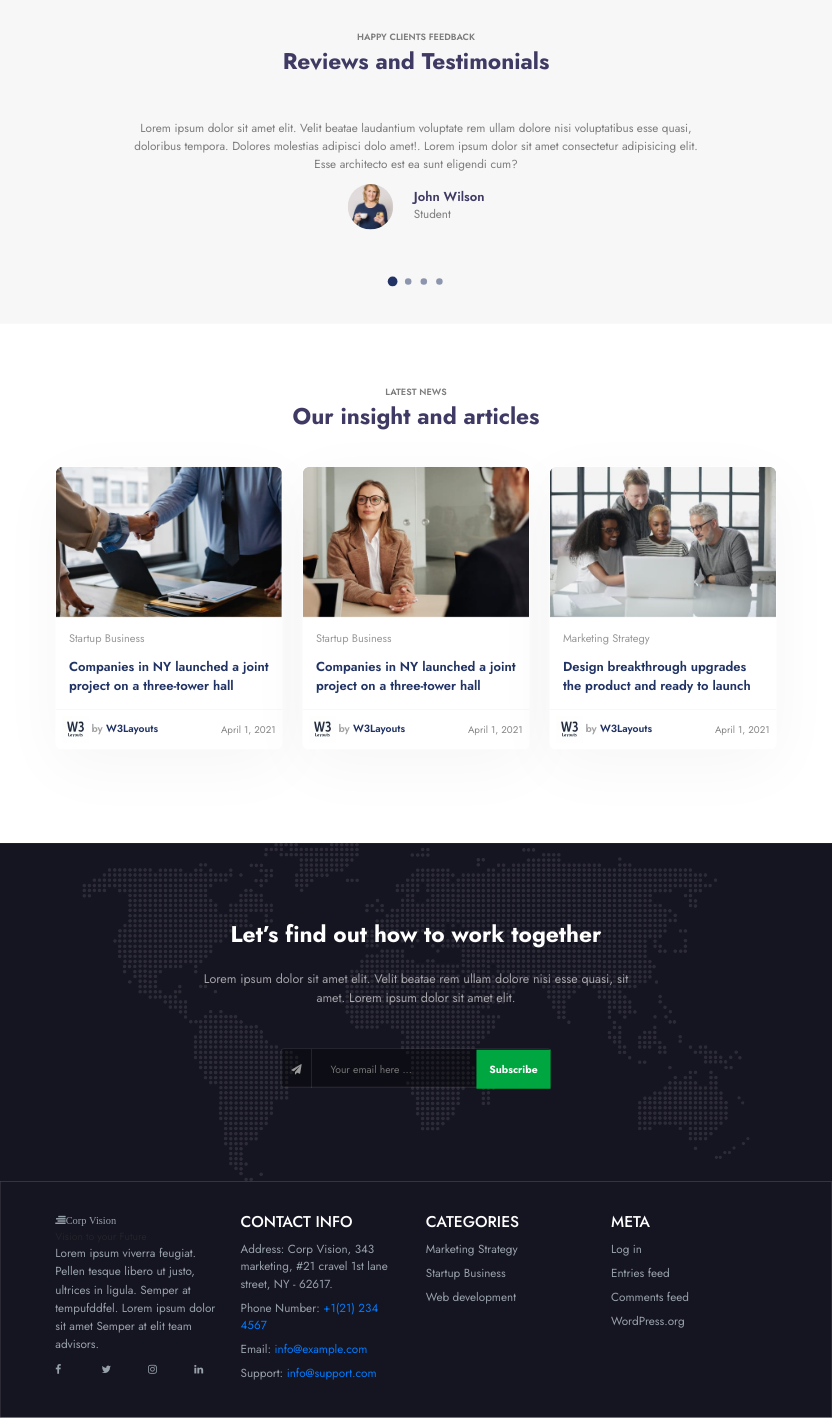
Repository: khaipnp/corpvision
Page: index.html
The author's editor kept a copy of each file at every save. The page is drawn from the files as they stood at one save, then again after the next save.
The browser window is 1280 px wide. The pictures show the whole page, at 65% of full size.

Above is the page before, as saved 2021-07-04 13:08:14.

### index.html
<!DOCTYPE html>
<html lang="en">
  <head>
    <meta charset="UTF-8" />
    <meta http-equiv="X-UA-Compatible" content="IE=edge" />
    <meta name="viewport" content="width=device-width, initial-scale=1.0" />
    <title>Corpvision</title>
    <meta name="description" content="Corpvision Website" />
    <!-- FONT-GOOGLE -->
    <link rel="preconnect" href="https://fonts.gstatic.com" />
    <link
      href="https://fonts.googleapis.com/css2?family=Jost:ital,wght@0,100;0,200;0,300;0,400;0,500;0,600;0,700;0,800;0,900;1,400&display=swap"
      rel="stylesheet"
    />
    <!-- FONT-AWSOME -->
    <link
      rel="stylesheet"
      href="https://cdnjs.cloudflare.com/ajax/libs/font-awesome/5.15.3/css/all.min.css"
      integrity="sha512-iBBXm8fW90+nuLcSKlbmrPcLa0OT92xO1BIsZ+ywDWZCvqsWgccV3gFoRBv0z+8dLJgyAHIhR35VZc2oM/gI1w=="
      crossorigin="anonymous"
      referrerpolicy="no-referrer"
    />
    <link rel="stylesheet" href="./css/font-awesome.min.css" />
    <!-- OWL CAROUSEL -->
    <link
      rel="stylesheet"
      href="https://cdnjs.cloudflare.com/ajax/libs/OwlCarousel2/2.3.4/assets/owl.carousel.min.css"
      integrity="sha512-tS3S5qG0BlhnQROyJXvNjeEM4UpMXHrQfTGmbQ1gKmelCxlSEBUaxhRBj/EFTzpbP4RVSrpEikbmdJobCvhE3g=="
      crossorigin="anonymous"
      referrerpolicy="no-referrer"
    />
    <link
      rel="stylesheet"
      href="https://cdnjs.cloudflare.com/ajax/libs/OwlCarousel2/2.3.4/assets/owl.theme.default.css"
      integrity="sha512-OTcub78R3msOCtY3Tc6FzeDJ8N9qvQn1Ph49ou13xgA9VsH9+LRxoFU6EqLhW4+PKRfU+/HReXmSZXHEkpYoOA=="
      crossorigin="anonymous"
      referrerpolicy="no-referrer"
    />
    <!-- BOOTSTRAP -->
    <link
      rel="stylesheet"
      href="https://cdn.jsdelivr.net/npm/bootstrap@4.6.0/dist/css/bootstrap.min.css"
      integrity="sha384-B0vP5xmATw1+K9KRQjQERJvTumQW0nPEzvF6L/Z6nronJ3oUOFUFpCjEUQouq2+l"
      crossorigin="anonymous"
    />
    <!-- MAIN CSS -->
    <link rel="stylesheet" href="./css/main.css" />
  </head>
  <body>
    <header></header>
    <section class="feedback">
      <div class="feedback__content py-5">
        <div class="container">
          <h5 class="small-title col-12 text-center">Happy clients Feedback</h5>
          <h3 class="big-title col-12 text-center">Reviews and Testimonials</h3>
          <div class="testimonials owl-carousel owl-theme">
            <div class="testimonials__item">
              <p class="text-center col-12">
                Lorem ipsum dolor sit amet elit. Velit beatae laudantium
                voluptate rem ullam dolore nisi voluptatibus esse quasi,
                doloribus tempora. Dolores molestias adipisci dolo amet!. Lorem
                ipsum dolor sit amet consectetur adipisicing elit. Esse
                architecto est ea sunt eligendi cum?
              </p>
              <div
                class="
                  testimonials__desc
                  row
                  align-items-center
                  justify-content-center
                "
              >
                <div class="avatar mr-3">
                  <img src="./img/team1.jpg" alt="team 1" />
                </div>
                <div class="name ml-3">
                  <h3>John Wilson</h3>
                  <p>Student</p>
                </div>
              </div>
            </div>
            <div class="testimonials__item">
              <p class="text-center col-12">
                Lorem ipsum dolor sit amet elit. Velit beatae laudantium
                voluptate rem ullam dolore nisi voluptatibus esse quasi,
                doloribus tempora. Dolores molestias adipisci dolo amet!. Lorem
                ipsum dolor sit amet consectetur adipisicing elit. Esse
                architecto est ea sunt eligendi cum?
              </p>
              <div
                class="
                  testimonials__desc
                  row
                  align-items-center
                  justify-content-center
                "
              >
                <div class="avatar mr-3">
                  <img src="./img/team2.jpg" alt="team 2" />
                </div>
                <div class="name ml-3">
                  <h3>Julia Sakura</h3>
                  <p>Student</p>
                </div>
              </div>
            </div>
            <div class="testimonials__item">
              <p class="text-center col-12">
                Lorem ipsum dolor sit amet elit. Velit beatae laudantium
                voluptate rem ullam dolore nisi voluptatibus esse quasi,
                doloribus tempora. Dolores molestias adipisci dolo amet!. Lorem
                ipsum dolor sit amet consectetur adipisicing elit. Esse
                architecto est ea sunt eligendi cum?
              </p>
              <div
                class="
                  testimonials__desc
                  row
                  align-items-center
                  justify-content-center
                "
              >
                <div class="avatar mr-3">
                  <img src="./img/team3.jpg" alt="team 3" />
                </div>
                <div class="name ml-3">
                  <h3>Roy Linderson</h3>
                  <p>Student</p>
                </div>
              </div>
            </div>
            <div class="testimonials__item">
              <p class="text-center col-12">
                Lorem ipsum dolor sit amet elit. Velit beatae laudantium
                voluptate rem ullam dolore nisi voluptatibus esse quasi,
                doloribus tempora. Dolores molestias adipisci dolo amet!. Lorem
                ipsum dolor sit amet consectetur adipisicing elit. Esse
                architecto est ea sunt eligendi cum?
              </p>
              <div
                class="
                  testimonials__desc
                  row
                  align-items-center
                  justify-content-center
                "
              >
                <div class="avatar mr-3">
                  <img src="./img/team4.jpg" alt="team 4" />
                </div>
                <div class="name ml-3">
                  <h3>Smith Johnson</h3>
                  <p>Student</p>
                </div>
              </div>
            </div>
          </div>
        </div>
      </div>
    </section>
    <section class="news py-5">
      <div class="news__content py-5">
        <div class="container">
          <h5 class="small-title col-12 text-center">LATEST NEWS</h5>
          <h3 class="big-title col-12 text-center">Our insight and articles</h3>
          <div class="row py-5">
            <div class="news__item col-md-6 col-lg-4">
              <div class="news__card">
                <div class="card__thumbnail p-0 position-relative">
                  <img src="./img/blog1.jpg" alt="blog 1" />
                </div>
                <div class="card__content">
                  <p>Startup Business</p>
                  <a href="#">Companies in NY launched a joint project on a three-tower
                    hall</a>
                </div>
                <div class="card__footer">
                  <span><img src="./img/icon.jpeg" alt="" /> by <a href="#">W3Layouts</a></span>
                  <p>April 1, 2021</p>
                </div>
              </div>
            </div>
            <div class="news__item col-md-6 col-lg-4">
              <div class="news__card">
                <div class="card__thumbnail p-0 position-relative">
                  <img src="./img/blog2.jpg" alt="blog 1" />
                </div>
                <div class="card__content">
                  <p>Startup Business</p>
                  <a href="#">Companies in NY launched a joint project on a three-tower
                    hall</a>
                </div>
                <div class="card__footer">
                  <span><img src="./img/icon.jpeg" alt="" /> by <a href="#">W3Layouts</a></span>
                  <p>April 1, 2021</p>
                </div>
              </div>
            </div>
            <div class="news__item col-md-6 col-lg-4">
              <div class="news__card">
                <div class="card__thumbnail p-0 position-relative">
                  <img src="./img/blog3.jpg" alt="blog 1" />
                </div>
                <div class="card__content">
                  <p>Marketing Strategy</p>
                  <a href="#">Design breakthrough upgrades the product and ready to launch</a>
                </div>
                <div class="card__footer">
                  <span><img src="./img/icon.jpeg" alt="" /> by <a href="#">W3Layouts</a></span>
                  <p>April 1, 2021</p>
                </div>
              </div>
            </div>
          </div>
        </div>
      </div>
    </section>
    <div class="subscribe py-5">
      <div class="container">
        <div class="sub__box my-5 mx-auto align-items-center justify-content-center">
          <h3 class="big-title py-4 col-12 text-center">Let’s find out how to work together<h3>
          <p class="col-12 text-center">Lorem ipsum dolor sit amet elit. Velit beatae rem ullam dolore nisi esse quasi, sit amet. Lorem ipsum dolor sit amet elit.</p>
          <div class="input__email justify-content-center py-5">
            <form>
              <i class="fa fa-paper-plane"></i>
              <input type="email" placeholder="Your email here ...">
              <button>Subscribe</button>
            </form>
          </div>
        </div>
      </div>
    </div>
    <footer>
      <div class="footer__info container py-5">
        <div class="row">
          <div class="footer__content col-md-3 col-sm-12">
            <i class="fa fa-align-right">Corp Vision</i>
            <div class="slogan">Vision to your Future</div>
            <p>Lorem ipsum viverra feugiat. Pellen tesque libero ut justo, ultrices in ligula. Semper at tempufddfel. Lorem ipsum dolor sit amet Semper at elit team advisors.</p>
            <div class="social__network row justify-content-start">
              <i class="fa fa-facebook col-3"></i>
              <i class="fa fa-twitter col-3"></i>
              <i class="fa fa-instagram col-3"></i>
              <i class="fa fa-linkedin col-3"></i>
            </div>
          </div>
          <div class="footer__content col-md-3 col-sm-12">
            <h4>CONTACT INFO</h4>
            <ul class="list-group list-group-flush">
              <li class="list-group-item">Address: Corp Vision, 343 marketing, #21 cravel 1st lane street, NY - 62617.</li>
              <li class="list-group-item">Phone Number: <a href="tel:+1212344567">+1(21) 234 4567</a></li>
              <li class="list-group-item">Email: <a href="mailto:">info@example.com</a></li>
              <li class="list-group-item">Support: <a href="mailto:">info@support.com</a></li>
            </ul>
          </div>
          <div class="footer__content col-md-3 col-sm-6">
            <h4>CATEGORIES</h4>
            <ul class="list-group list-group-flush">
              <li class="list-group-item">Marketing Strategy</li>
              <li class="list-group-item">Startup Business</li>
              <li class="list-group-item">Web development</li>
            </ul>
          </div>
          <div class="footer__content col-md-3 col-sm-6">
            <h4>META</h4>
            <ul class="list-group list-group-flush">
              <li class="list-group-item">Log in</li>
              <li class="list-group-item">Entries feed</li>
              <li class="list-group-item">Comments feed</li>
              <li class="list-group-item">WordPress.org</li>
            </ul>
          </div>
        </div>
      </div>
    </footer>
    <!-- SCRIPT -->
    <!-- BOOTSTRAP -->
    <script
      src="https://cdnjs.cloudflare.com/ajax/libs/jquery/3.6.0/jquery.js"
      integrity="sha512-n/4gHW3atM3QqRcbCn6ewmpxcLAHGaDjpEBu4xZd47N0W2oQ+6q7oc3PXstrJYXcbNU1OHdQ1T7pAP+gi5Yu8g=="
      crossorigin="anonymous"
      referrerpolicy="no-referrer"
    ></script>
    <script
      src="https://cdn.jsdelivr.net/npm/bootstrap@4.6.0/dist/js/bootstrap.bundle.min.js"
      integrity="sha384-Piv4xVNRyMGpqkS2by6br4gNJ7DXjqk09RmUpJ8jgGtD7zP9yug3goQfGII0yAns"
      crossorigin="anonymous"
    ></script>
    <!-- OWL CAROUSEL -->
    <script src="./js/owl.carousel.min.js"></script>
    <script>
      $(document).ready(function () {
        $(".owl-carousel").owlCarousel({
          navigation: false,
          slideSpeed: 300,
          paginationSpeed: 400,
          singleItem: true,
          items: 1,
          // itemsDesktop : false,
          // itemsDesktopSmall : false,
          // itemsTablet: false,
          // itemsMobile : false
        });
      });
    </script>
  </body>
</html>

### css/main.css
* {
  padding: 0;
  margin: 0;
  box-sizing: border-box;
}

html,
body {
  font-family: "Jost", sans-serif;
  background: #fff;
}

.small-title {
  color: #7e7d7d;
  font-size: 14px;
  font-weight: 600;
  text-transform: uppercase;
}

.big-title {
  color: #3f3a64;
  font-size: 35px;
  font-weight: 700;
}

/* FEEDBACK */
.feedback {
  background-color: #f7f7f7;
}

.testimonials__item {
  margin: 60px auto;
  display: block;
  max-width: 900px;
  height: auto;
}

.testimonials__item p {
  color: #7e7d7d;
  font-size: 18px;
  line-height: 28px;
}

.testimonials__desc .avatar {
  width: 70px;
  height: 70px;
  overflow: hidden;
  border-radius: 50%;
}

.testimonials__desc .avatar img {
  width: 100%;
  height: 100%;
  object-fit: cover;
}

.name h3 {
  font-size: 20px;
  margin: 0;
  font-weight: 600;
  color: #3f3a64;
}
.name p {
  font-style: normal;
  margin-bottom: 0;
}

.owl-theme .owl-dots .owl-dot.active span,
.owl-theme .owl-dots .owl-dot span {
  background: rgba(33, 51, 100, 0.5);
  transform: scale(1);
  transition: all 0.5s;
}

.owl-theme .owl-dots .owl-dot.active span,
.owl-theme .owl-dots .owl-dot:hover span {
  background: #213364 !important;
  transform: scale(1.5);
}

/* NEWS */
.news__card {
  background-color: #fff;
  box-shadow: 0 25px 98px 0 rgb(0 0 0 / 4%);
  border: 1px solid transparent;
  border-radius: 10px;
}

.card__thumbnail {
  overflow: hidden;
  border-radius: 10px 10px 0 0;
}

.card__thumbnail img {
  width: 100%;
  border-radius: 10px 10px 0 0;
  object-fit: cover;
  cursor: pointer;
  transition: all 0.5s;
}

.card__thumbnail img:hover {
  transform: scale(1.15);
}

.card__content {
  padding: 20px;
}

.card__content p {
  color: #999;
  font-size: 17px;
  font-weight: 400;
}

.card__content a {
  text-decoration: none;
  color: #213364;
  font-size: 20px;
  font-weight: 600;
  transition: all 0.5s;
  cursor: pointer;
}

.card__content a:hover {
  color: #00a63f;
}

.card__footer {
  display: flex;
  justify-content: space-between;
  align-items: center;
  border-top: 1px solid rgba(126, 125, 125, 0.1);
  padding: 10px;
}

.card__footer a {
  color: #213364;
  font-size: 1rem;
  font-weight: 600;
  cursor: pointer;
  transition: all 0.5s;
  text-decoration: none;
}

.card__footer a:hover {
  color: #00a63f;
}

.card__footer img {
  cursor: pointer;
}

.card__footer span {
  color: rgb(102, 102, 102, 0.6);
  font-weight: 600;
}

.card__footer p {
  margin-bottom: 0;
  font-size: 15px;
  color: rgb(102, 102, 102, 0.8);
}

/* SUBCRIBE */
.subscribe {
  background-image: url(../img/map.png);
  background-color: #151421;
  background-size: contain;
  background-repeat: no-repeat;
  background-position: center;
}

.sub__box {
  max-width: 700px;
}

.sub__box .big-title {
  color: #fff;
}

.sub__box p {
  font-size: 1.2rem;
  color: rgba(255, 255, 255, 0.6);
  line-height: 1.5;
  font-weight: 400;
}

.input__email {
  display: flex;
}

.input__email form {
  border: 1px solid rgb(255, 255, 255, 0.15);
  border-radius: 5px;
  height: 60px;
  background: rgb(0, 0, 0, 0.35);
  max-width: 550px;
}

.input__email input {
  color: #999;
  padding: 20px 20px;
  border: none;
  font-size: 1rem;
  outline: none;
  background: none;
}

.input__email button {
  background-color: #00a63f;
  color: #fff;
  height: 60px;
  padding: 0 20px;
  border: none;
  font-size: 1rem;
  font-weight: 700;
  line-height: 60px;
  text-align: center;
}

.input__email i {
  text-align: center;
  color: #999;
  font-size: 1rem;
  border-right: 1px solid rgb(255, 255, 255, 0.15);
  line-height: 60px;
  padding: 0 15px;
}

/* FOOTER */

footer {
  background-color: #151421;
  border: 1px solid rgb(255, 255, 255, 0.15);
}

.footer__content p {
  color: #97a1a9;
  font-size: 18px;
  line-height: 28px;
}

.footer__content i {
  color: #97a1a9;
}

.footer__content h4 {
  color: #fefefe;
}

.footer__content .list-group-item {
  background-color: transparent !important;
  color: #97a1a9;
  border: none !important;
  font-size: 18px;
  padding: 5px 0 5px 0 !important;
}

Loaded but not shown: css/font-awesome.min.css (library); js/owl.carousel.min.js (library)

After the next save:
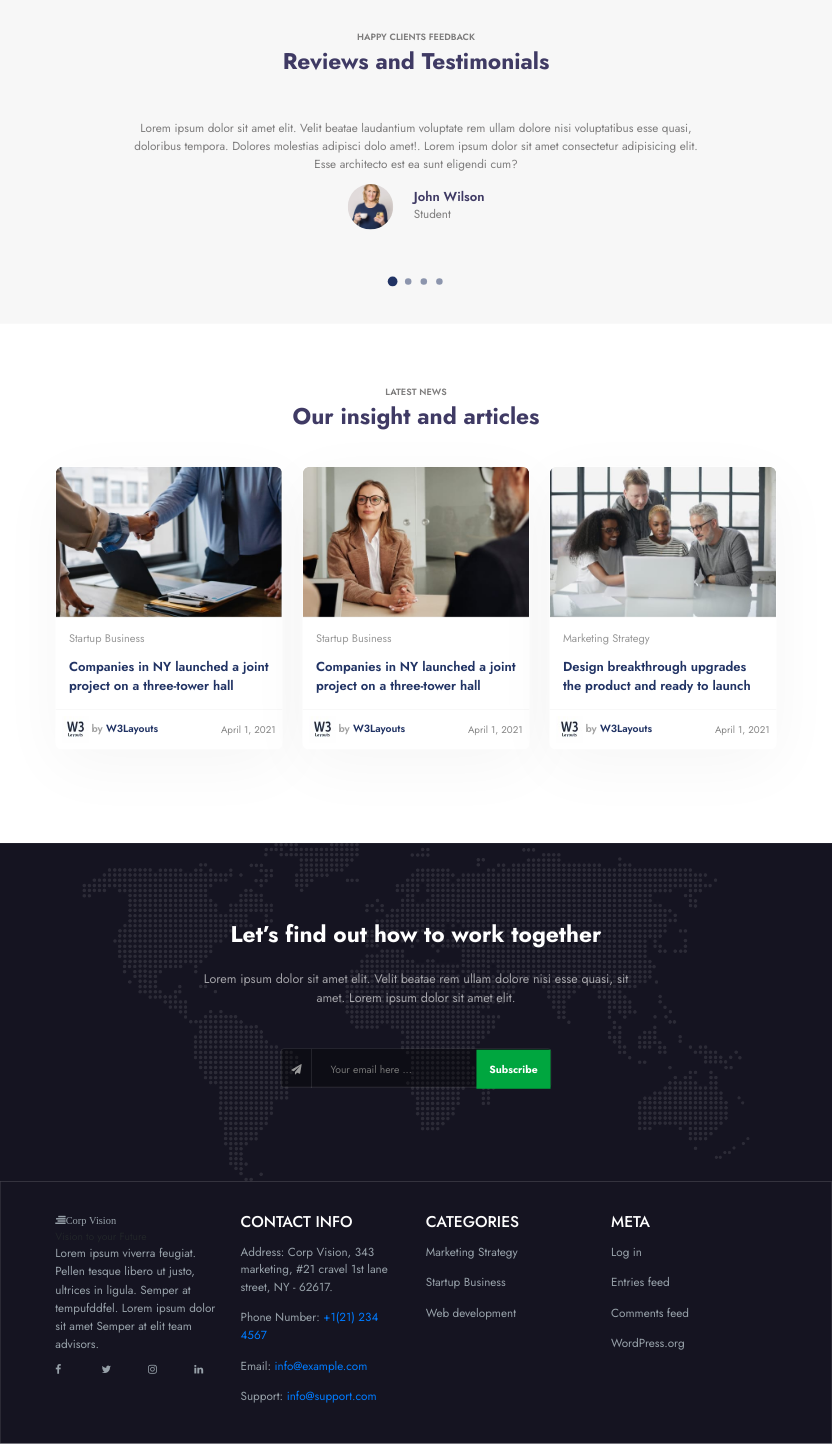
Saved 14 s later.
--- a/css/main.css
+++ b/css/main.css
@@ -254,5 +254,5 @@ footer {
   color: #97a1a9;
   border: none !important;
   font-size: 18px;
-  padding: 5px 0 5px 0 !important;
-}
+  padding: 10px 0 !important;
+}
